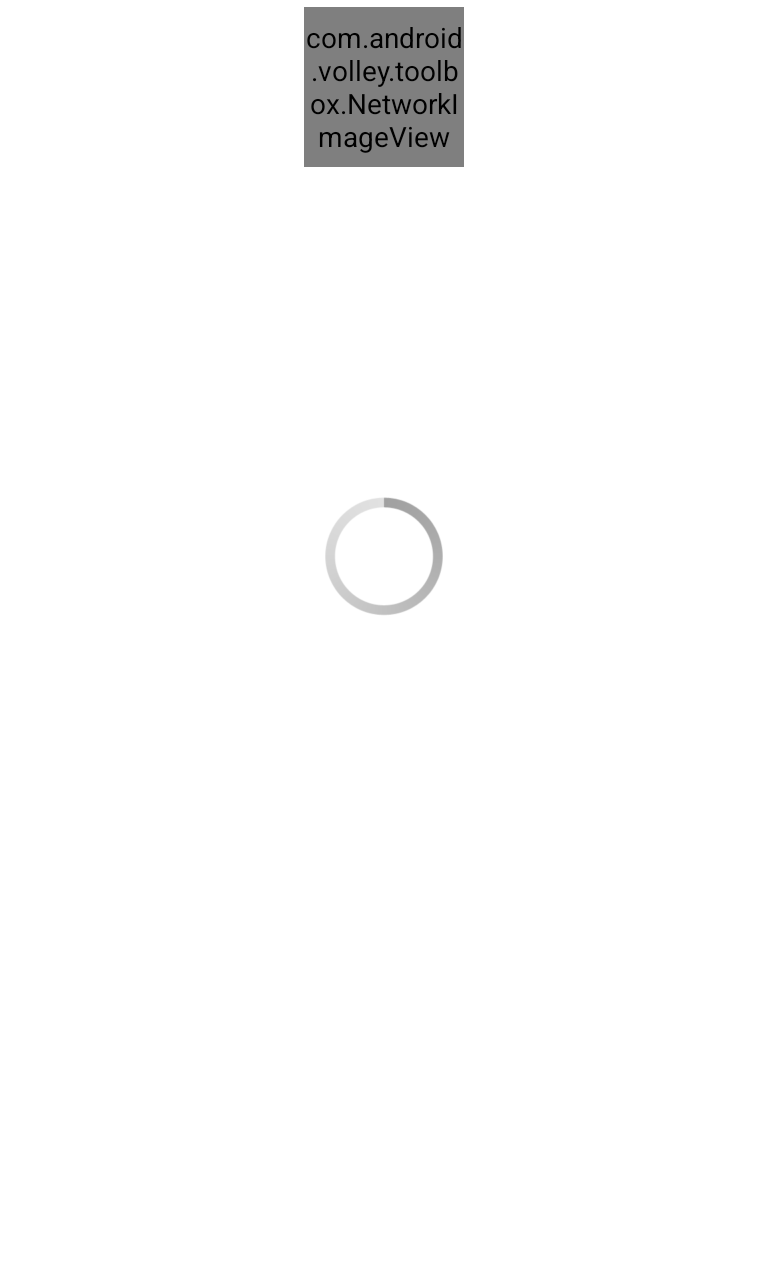
Repository: drice0331/CityMapsAndroidChallenge
Layout: CitymapsUserPhotoDisplay/res/layout/activity_photo_display.xml
An editor plug-in stored every save of this project. The layout is shown before and after the next save, followed by the edit.
Pictures or frames that could not be fetched are drawn as grey boxes. It is drawn on a 768 x 1280 px phone screen (xhdpi) without system bars, with theme AppTheme; the app's code is not run.

Above is the layout before, as saved 2015-02-18 22:13:44.

After the next save:
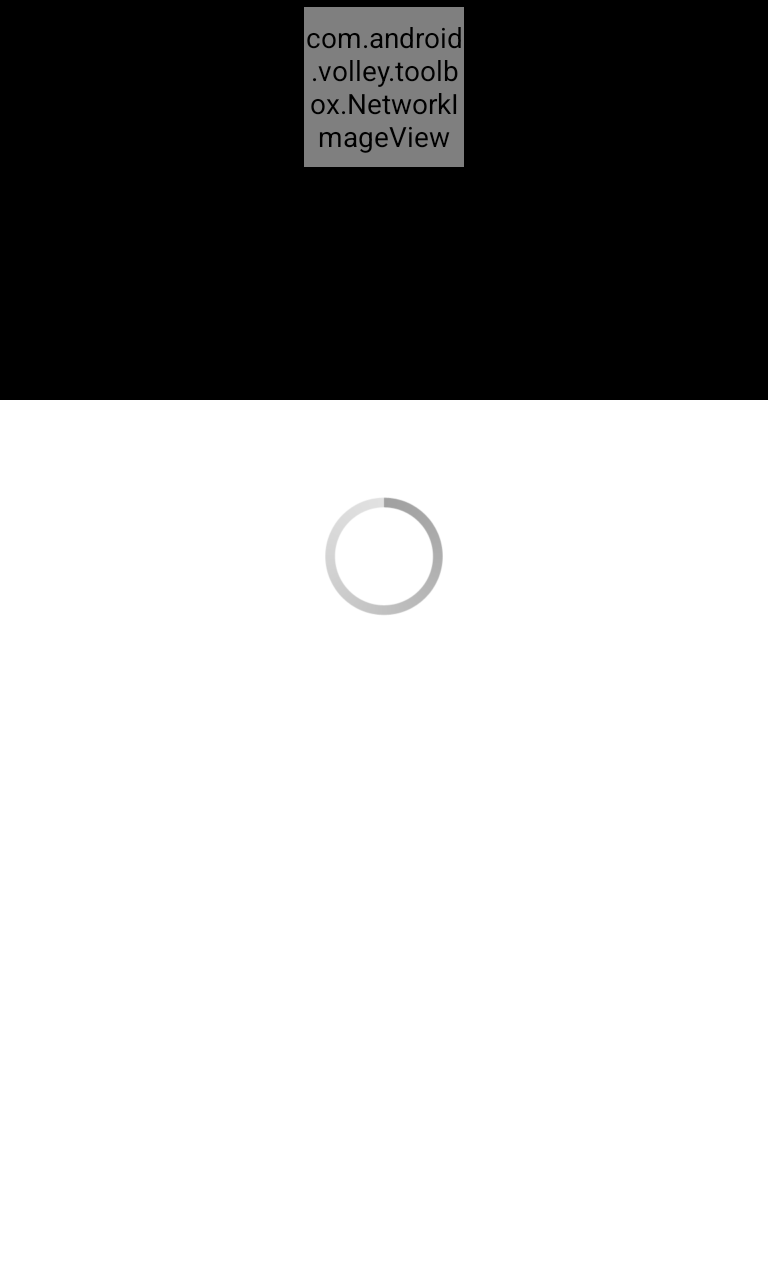
Saved 34 s later.
--- a/CitymapsUserPhotoDisplay/res/layout/activity_photo_display.xml
+++ b/CitymapsUserPhotoDisplay/res/layout/activity_photo_display.xml
@@ -7,7 +7,8 @@
     <RelativeLayout
         android:id="@+id/header"
         android:layout_width="fill_parent"
-        android:layout_height="200dp">
+        android:layout_height="200dp"
+        android:background="@android:color/black">
 
         <TextView
             android:id="@+id/username"
